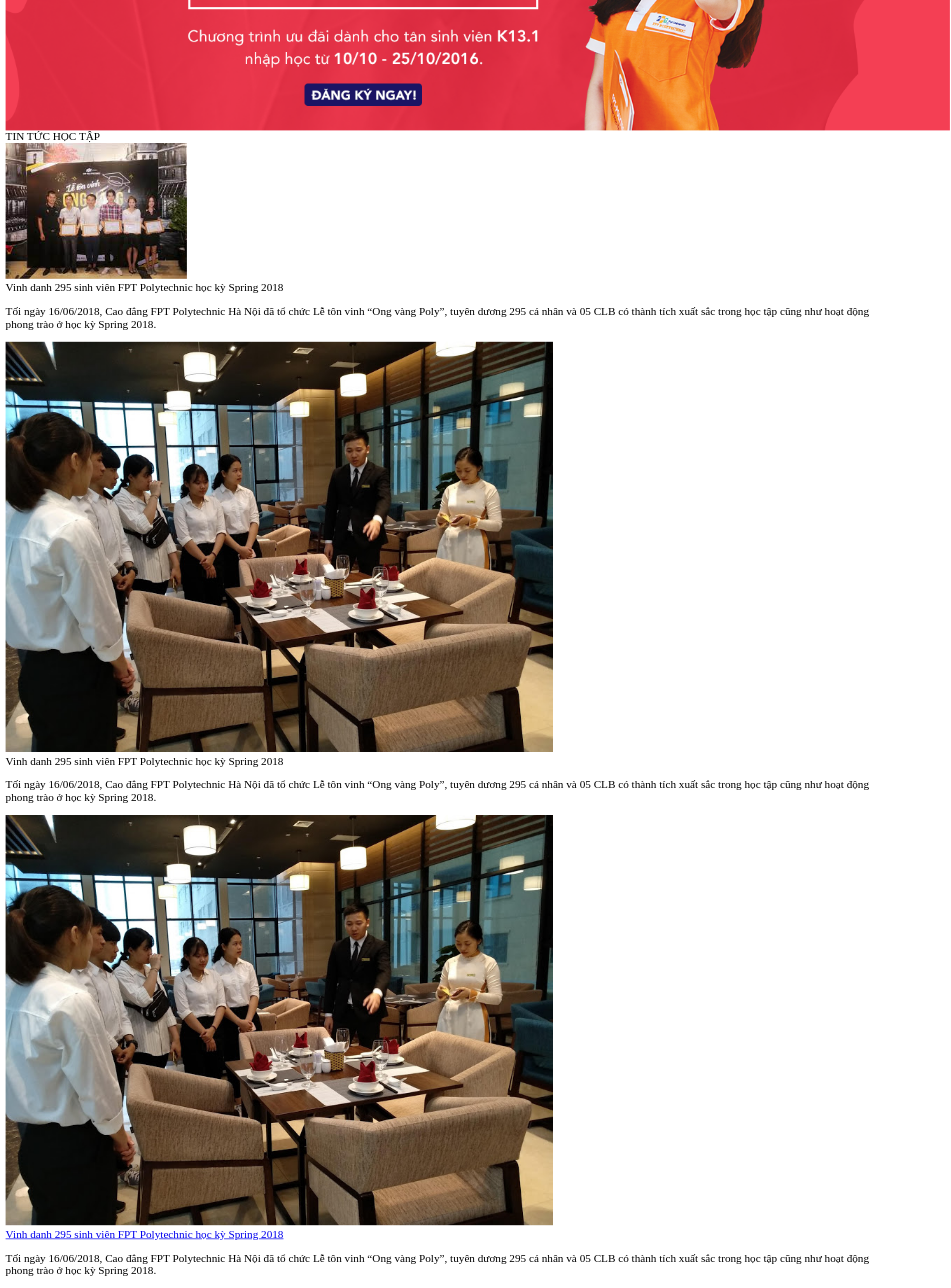
Repository: manhkkkk/assigntment
Page: index.html
These files come from the project's save history. The page is drawn as it stood at one moment and after the next save; the edit follows.
The browser window is 1280 px wide. The page is 1359 px wide, so the pictures cover 1359 px, including what lies to the right of the window. The pictures show the part of the page from y = 976 to 2816 px (the page is 2816 px tall), at 70% of full size.

Above is the page before, as saved 2022-01-10 08:01:50.

After the next save:
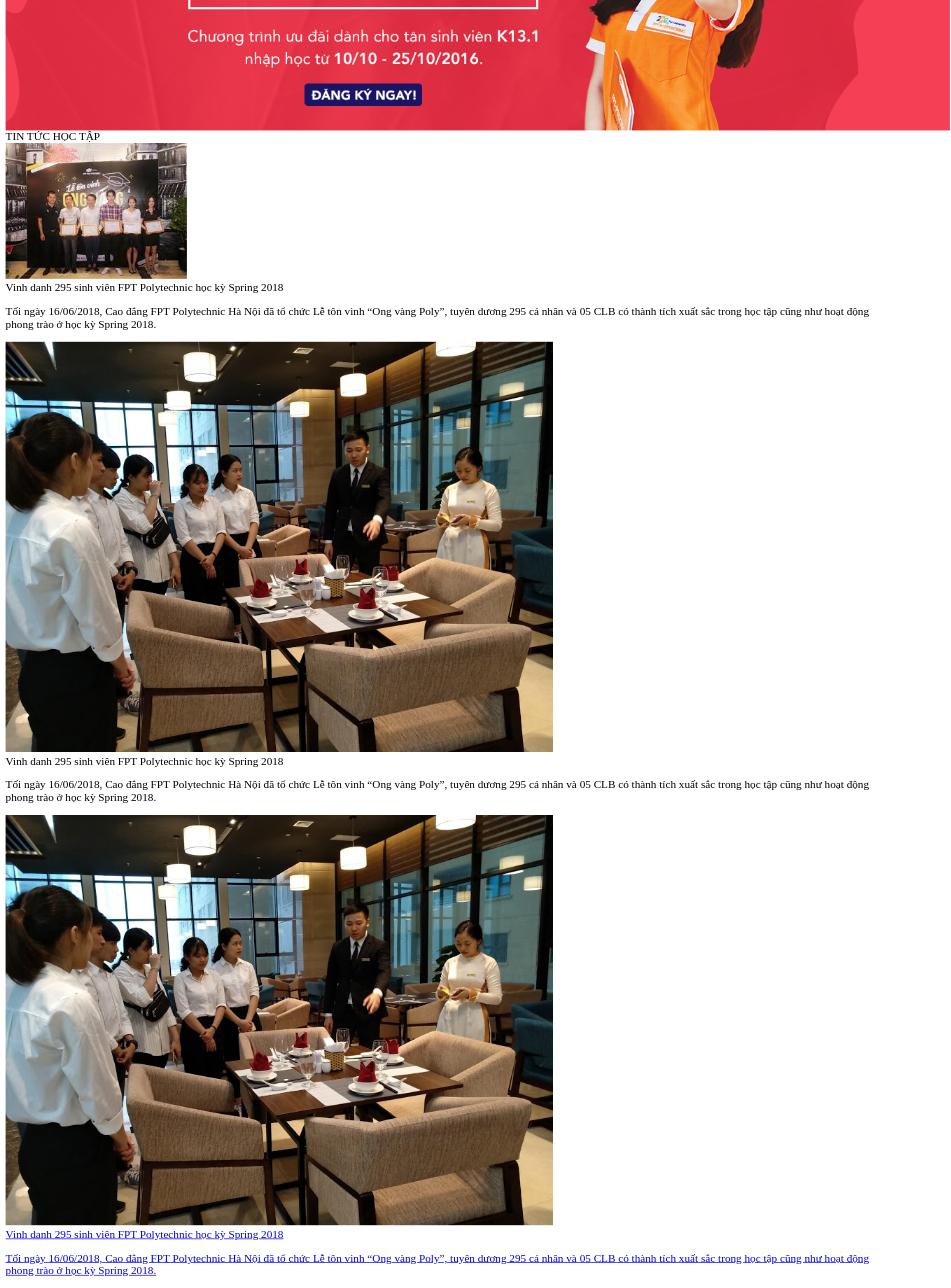
Saved 40 s later.
--- a/index.html
+++ b/index.html
@@ -152,12 +152,14 @@
                                 </span>
                             </div>
                             <p class="text-justify not-italic text-base">
-                                <a href="#"></a>
-                                Tối ngày 16/06/2018, Cao đẳng FPT Polytechnic Hà
-                                Nội đã tổ chức Lễ tôn vinh “Ong vàng Poly”,
-                                tuyên dương 295 cá nhân và 05 CLB có thành tích
-                                xuất sắc trong học tập cũng như hoạt động phong
-                                trào ở học kỳ Spring 2018.
+                                <a href="#">
+                                    Tối ngày 16/06/2018, Cao đẳng FPT
+                                    Polytechnic Hà Nội đã tổ chức Lễ tôn vinh
+                                    “Ong vàng Poly”, tuyên dương 295 cá nhân và
+                                    05 CLB có thành tích xuất sắc trong học tập
+                                    cũng như hoạt động phong trào ở học kỳ
+                                    Spring 2018.
+                                </a>
                             </p>
                         </div>
                     </article>
